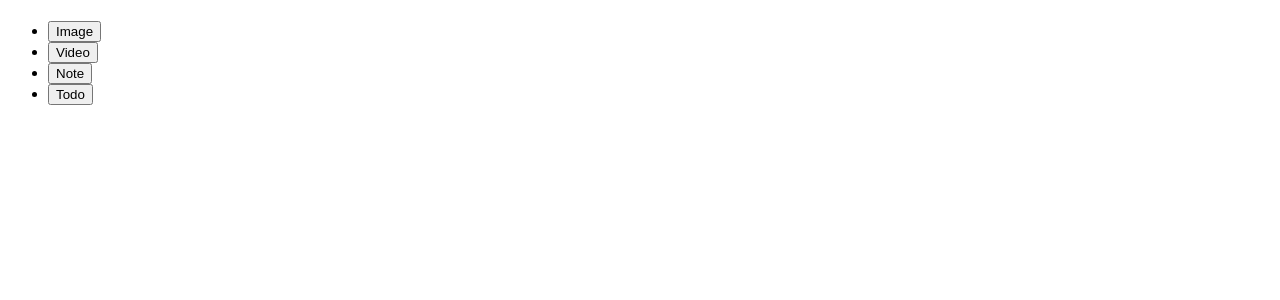
Repository: SeungYn/MotionTs
Page: index.html
The author's editor kept a copy of each file at every save. The page is drawn from the files as they stood at one save, then again after the next save.
The browser window is 1280 px wide. The pictures show the whole page.

Above is the page before, as saved 2022-09-28 16:59:35.
Not found: dict/app.js

### index.html
<!DOCTYPE html>
<html lang="en">
  <head>
    <meta charset="UTF-8" />
    <meta http-equiv="X-UA-Compatible" content="IE=edge" />
    <meta name="viewport" content="width=device-width, initial-scale=1.0" />
    <title>Motion</title>
    <link rel="stylesheet" href="./style/styles.css" />
    <script stype="module" src="./dict/app.js" defer></script>
  </head>
  <body>
    <div class="app">
      <header class="banner">
        <h1 class="banner__title"></h1>
        <ul class="control__panel">
          <li><button id="new-image" class="create-button">Image</button></li>
          <li><button id="new-video" class="create-button">Video</button></li>
          <li><button id="new-note" class="create-button">Note</button></li>
          <li><button id="new-todo" class="create-button">Todo</button></li>
        </ul>
      </header>
    </div>
  </body>
</html>

Loaded but not shown: style/styles.css (no stored copy; drawn as an empty file)

After the next save:
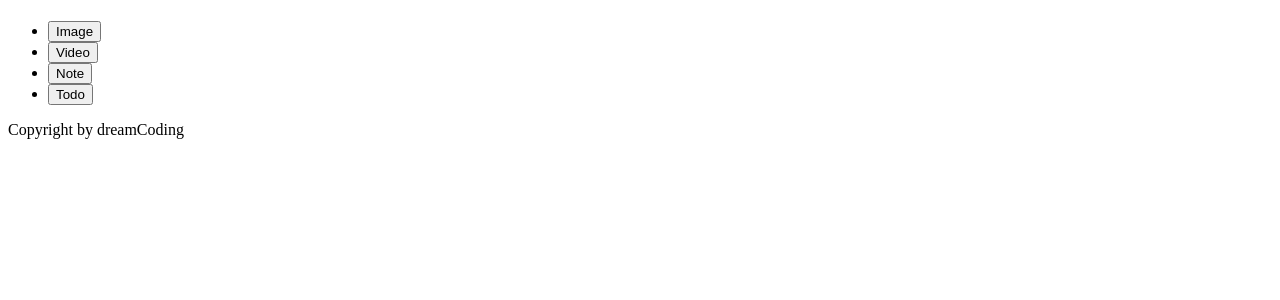
Saved 58 s later.
--- a/index.html
+++ b/index.html
@@ -19,6 +19,10 @@
           <li><button id="new-todo" class="create-button">Todo</button></li>
         </ul>
       </header>
+      <main class="document"></main>
+      <footer class="footer">
+        <p>Copyright by dreamCoding</p>
+      </footer>
     </div>
   </body>
 </html>
